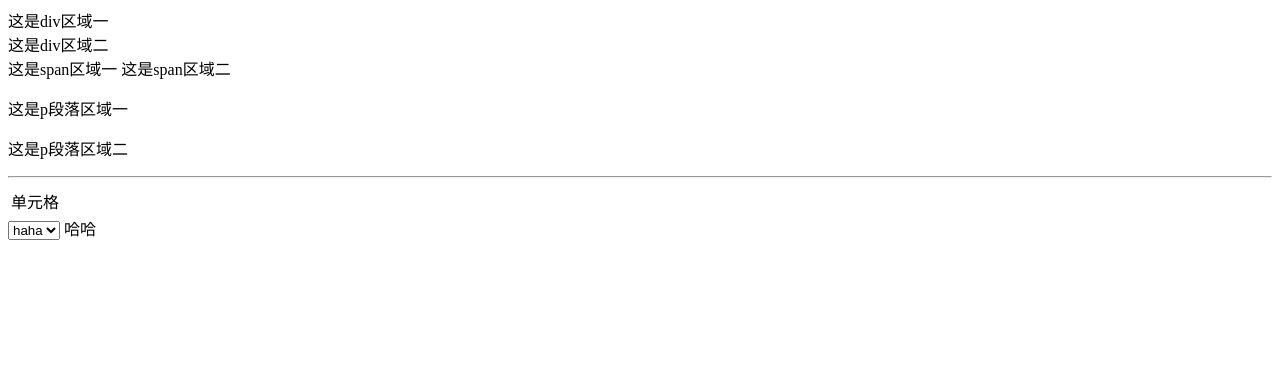
Repository: tangchengjingwen/javaLearningCode
Page: javaLearningCode/day30_html/div_span_p.html
The author's editor kept a copy of each file at every save. The page is drawn from the files as they stood at one save, then again after the next save.
The browser window is 1280 px wide. The pictures show the whole page.

Above is the page before, as saved 2012-05-14 02:00:17.

### javaLearningCode/day30_html/div_span_p.html
<!DOCTYPE HTML PUBLIC "-//W3C//DTD HTML 4.01//EN" "http://www.w3.org/TR/html4/strict.dtd">
<html>
	<head>
		<meta http-equiv="Content-Type" content="text/html; charset=GBK">
		<title>Untitled Document</title>
	</head>
	<body>
		<!--
		仅仅对数据进行标签的封装，却不需要标签的特定含义。
		div,span

		标签也称为元素分成两大类：
		1，块级标签(块级元素):结尾都有换行。div p table
		2，行内标签(行内元素):span input select b i u sub sup
		-->

		<div>这是div区域一</div>
		<div>这是div区域二</div>
		<span>这是span区域一</span>
		<span>这是span区域二</span>

		<p>这是p段落区域一</p>
		<p>这是p段落区域二</p>
		<hr/>
		<table><tr><td>单元格</td></tr></table>
		<select><option>haha</option></select>
		哈哈


	</body>
</html>

After the next save:
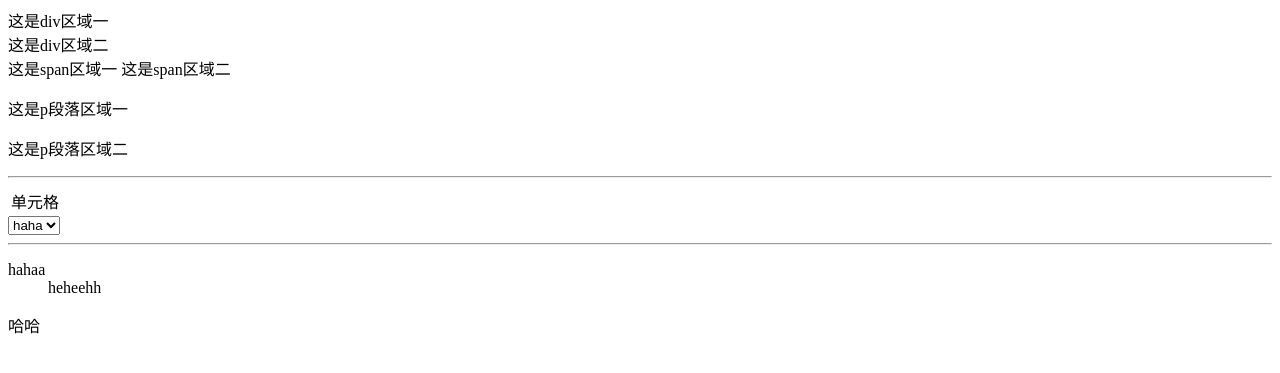
Saved 20 s later.
--- a/javaLearningCode/day30_html/div_span_p.html
+++ b/javaLearningCode/day30_html/div_span_p.html
@@ -24,6 +24,8 @@
 		<hr/>
 		<table><tr><td>单元格</td></tr></table>
 		<select><option>haha</option></select>
+		<hr/>
+		<dl><dt>hahaa</dt><dd>heheehh</dd></dl>
 		哈哈
 
 
